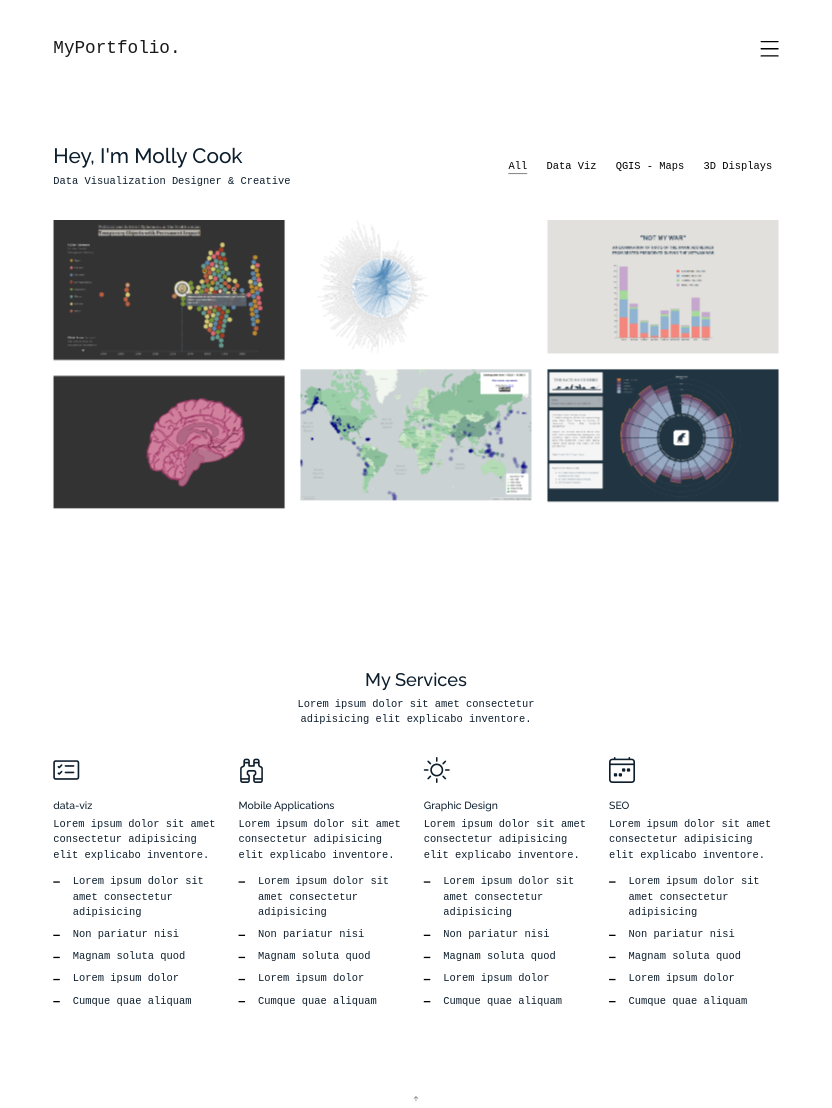
Repository: m0llyc00k/portfolio-2
Page: index.html
The author's editor kept a record of every edit. The page is drawn from the files as they stood at one moment, then again after the next edit.
The browser window is 1280 px wide. The pictures show the whole page, at 65% of full size.
Some web fonts or font styles are not loaded; a fallback is used.

Above is the page before.

### index.html
<!DOCTYPE html>
<html lang="en">

<head>
  <meta charset="utf-8">
  <meta content="width=device-width, initial-scale=1.0" name="viewport">

  <title>Molly Cook's Portfolio</title>
  <meta content="" name="description">
  <meta content="" name="keywords">

  <!-- Favicons -->
  <link href="assets/img/favicon.png" rel="icon">
  <link href="assets/img/apple-touch-icon.png" rel="apple-touch-icon">

  <!-- Google Fonts -->
  <link href="https://fonts.googleapis.com/css?family=https://fonts.googleapis.com/css?family=Inconsolata:400,500,600,700|Raleway:400,400i,500,500i,600,600i,700,700i" rel="stylesheet">

  <!-- Vendor CSS Files -->
  <link href="assets/vendor/aos/aos.css" rel="stylesheet">
  <link href="assets/vendor/bootstrap/css/bootstrap.min.css" rel="stylesheet">
  <link href="assets/vendor/bootstrap-icons/bootstrap-icons.css" rel="stylesheet">
  <link href="assets/vendor/swiper/swiper-bundle.min.css" rel="stylesheet">

  <!-- Template Main CSS File -->
  <link href="assets/css/style.css" rel="stylesheet">

  <!-- =======================================================
  * Template Name: MyPortfolio - v4.7.0
  * Template URL: https://bootstrapmade.com/myportfolio-bootstrap-portfolio-website-template/
  * Author: BootstrapMade.com
  * License: https://bootstrapmade.com/license/
  ======================================================== -->
</head>

<body>

  <!-- ======= Navbar ======= -->
  <div class="collapse navbar-collapse custom-navmenu" id="main-navbar">
    <div class="container py-2 py-md-5">
      <div class="row align-items-start">
        <div class="col-md-2">
          <ul class="custom-menu">
            <li class="active"><a href="index.html">Home</a></li>
            <li><a href="about.html">About Me</a></li>
            <li><a href="services.html">Services</a></li>
            <li><a href="works.html">Works</a></li>
            <li><a href="contact.html">Contact</a></li>
          </ul>
        </div>
        <div class="col-md-6 d-none d-md-block  mr-auto">
          <div class="tweet d-flex">
            <span class="bi bi-twitter text-white mt-2 mr-3"></span>
            <div>
              <p><em>Lorem ipsum dolor sit amet consectetur adipisicing elit. Quisquam necessitatibus incidunt ut officiis explicabo inventore. <br> <a href="#">t.co/v82jsk</a></em></p>
            </div>
          </div>
        </div>
        <div class="col-md-4 d-none d-md-block">
          <h3>Hire Me</h3>
          <p>Lorem ipsum dolor sit amet consectetur adipisicing elit. Quisquam necessitatibus incidunt ut officiisexplicabo inventore. <br> <a href="#">myemail@gmail.com</a></p>
        </div>
      </div>

    </div>
  </div>

  <nav class="navbar navbar-light custom-navbar">
    <div class="container">
      <a class="navbar-brand" href="index.html">MyPortfolio.</a>
      <a href="#" class="burger" data-bs-toggle="collapse" data-bs-target="#main-navbar">
        <span></span>
      </a>
    </div>
  </nav>

  <main id="main">

    <!-- ======= Works Section ======= -->
    <section class="section site-portfolio">
      <div class="container">
        <div class="row mb-5 align-items-center">
          <div class="col-md-12 col-lg-6 mb-4 mb-lg-0" data-aos="fade-up">
            <h2>Hey, I'm Molly Cook</h2>
            <p class="mb-0">Data Visualization Designer &amp; Creative</p>
          </div>
          <div class="col-md-12 col-lg-6 text-start text-lg-end" data-aos="fade-up" data-aos-delay="100">
            <div id="filters" class="filters">
              <a href="#" data-filter="*" class="active">All</a>
              <a href="#" data-filter=".data-viz">Data Viz</a>
              <a href="#" data-filter=".design">QGIS - Maps</a>
              <!--<a href="#" data-filter=".branding">Branding</a>-->
              <a href="#" data-filter=".photography">3D Displays</a>
            </div>
          </div>
        </div>

        <div id="portfolio-grid" class="row no-gutter" data-aos="fade-up" data-aos-delay="200">
          <div class="item data-viz col-sm-6 col-md-4 col-lg-4 mb-4">
            <a href="work-single-bubble.html" class="item-wrap fancybox">
              <div class="work-info">
                <h3>Temporary Objects with Permanent Impact: Ephemera at the Smithsonian</h3>
                <span>Data Viz</span>
              </div>
              <img class="img-fluid" src="assets/img/Cook_hero_image.png">
            </a>
          </div>
          <div class="item data-viz col-sm-6 col-md-4 col-lg-4 mb-4">
            <a href="work-single-chord.html" class="item-wrap fancybox">
              <div class="work-info">
                <h3>Titles and Topics: Ephemera at the Smithsonian</h3>
                <span>Data Viz</span>
              </div>
              <img class="img-fluid" src="assets/img/chord-overview.png">
            </a>
          </div>
          <div class="item data-viz col-sm-6 col-md-4 col-lg-4 mb-4">
            <a href="work-single-war.html" class="item-wrap fancybox">
              <div class="work-info">
                <h3>"Not My War"</h3>
                <span>Data Viz</span>
              </div>
              <img class="img-fluid" src="assets/img/war-overview.png">
            </a>
          </div>
          <div class="item data-viz col-sm-6 col-md-4 col-lg-4 mb-4">
            <a href="work-single-rats.html" class="item-wrap fancybox">
              <div class="work-info">
                <h3>The Rats Have Risen</h3>
                <span>Data Viz</span>
              </div>
              <img class="img-fluid" src="assets/img/rats-overview.png">
            </a>
          </div>
          <div class="item data-viz col-sm-6 col-md-4 col-lg-4 mb-4">
            <a href="work-single-quake.html" class="item-wrap fancybox">
              <div class="work-info">
                <h3>Earthquakes, November 2021</h3>
                <span>Data Viz</span>
              </div>
              <img class="img-fluid" src="assets/img/earthquake-overview.png">
            </a>
          </div>


          <div class="item data-viz col-sm-6 col-md-4 col-lg-4 mb-4">
            <a href="work-single-thesis.html" class="item-wrap fancybox">
              <div class="work-info">
                <h3>Thesis - Pain & The Morphine Molecule</h3>
                <span>Under Construction</span>
              </div>
              <img class="img-fluid" src="assets/img/brain.png">
            </a>
          </div>
        </div>
      </div>
    </section><!-- End  Works Section -->


    <!-- ======= Services Section ======= -->
    <section class="section services">
      <div class="container">
        <div class="row justify-content-center text-center mb-4">
          <div class="col-5">
            <h3 class="h3 heading">My Services</h3>
            <p>Lorem ipsum dolor sit amet consectetur adipisicing elit explicabo inventore.</p>
          </div>
        </div>
        <div class="row">

          <div class="col-12 col-sm-6 col-md-6 col-lg-3">
            <i class="bi bi-card-checklist"></i>
            <h4 class="h4 mb-2">data-viz</h4>
            <p>Lorem ipsum dolor sit amet consectetur adipisicing elit explicabo inventore.</p>
            <ul class="list-unstyled list-line">
              <li>Lorem ipsum dolor sit amet consectetur adipisicing</li>
              <li>Non pariatur nisi</li>
              <li>Magnam soluta quod</li>
              <li>Lorem ipsum dolor</li>
              <li>Cumque quae aliquam</li>
            </ul>
          </div>
          <div class="col-12 col-sm-6 col-md-6 col-lg-3">
            <i class="bi bi-binoculars"></i>
            <h4 class="h4 mb-2">Mobile Applications</h4>
            <p>Lorem ipsum dolor sit amet consectetur adipisicing elit explicabo inventore.</p>
            <ul class="list-unstyled list-line">
              <li>Lorem ipsum dolor sit amet consectetur adipisicing</li>
              <li>Non pariatur nisi</li>
              <li>Magnam soluta quod</li>
              <li>Lorem ipsum dolor</li>
              <li>Cumque quae aliquam</li>
            </ul>
          </div>
          <div class="col-12 col-sm-6 col-md-6 col-lg-3">
            <i class="bi bi-brightness-high"></i>
            <h4 class="h4 mb-2">Graphic Design</h4>
            <p>Lorem ipsum dolor sit amet consectetur adipisicing elit explicabo inventore.</p>
            <ul class="list-unstyled list-line">
              <li>Lorem ipsum dolor sit amet consectetur adipisicing</li>
              <li>Non pariatur nisi</li>
              <li>Magnam soluta quod</li>
              <li>Lorem ipsum dolor</li>
              <li>Cumque quae aliquam</li>
            </ul>
          </div>
          <div class="col-12 col-sm-6 col-md-6 col-lg-3">
            <i class="bi bi-calendar4-week"></i>
            <h4 class="h4 mb-2">SEO</h4>
            <p>Lorem ipsum dolor sit amet consectetur adipisicing elit explicabo inventore.</p>
            <ul class="list-unstyled list-line">
              <li>Lorem ipsum dolor sit amet consectetur adipisicing</li>
              <li>Non pariatur nisi</li>
              <li>Magnam soluta quod</li>
              <li>Lorem ipsum dolor</li>
              <li>Cumque quae aliquam</li>
            </ul>
          </div>
        </div>
      </div>
    </section><!-- End Services Section -->



  <a href="#" class="back-to-top d-flex align-items-center justify-content-center"><i class="bi bi-arrow-up-short"></i></a>

  <!-- Vendor JS Files -->
  <script src="assets/vendor/aos/aos.js"></script>
  <script src="assets/vendor/bootstrap/js/bootstrap.bundle.min.js"></script>
  <script src="assets/vendor/isotope-layout/isotope.pkgd.min.js"></script>
  <script src="assets/vendor/swiper/swiper-bundle.min.js"></script>
  <script src="assets/vendor/php-email-form/validate.js"></script>

  <!-- Template Main JS File -->
  <script src="assets/js/main.js"></script>

</body>

</html>

### assets/css/style.css
/**
* Template Name: MyPortfolio - v4.7.0
* Template URL: https://bootstrapmade.com/myportfolio-bootstrap-portfolio-website-template/
* Author: BootstrapMade.com
* License: https://bootstrapmade.com/license/
*/

/*--------------------------------------------------------------
# General
--------------------------------------------------------------*/
body {
  font-family: "Inconsolata", monospace;
  color: #0d1e2d;
}

a {
  color: #777;
  text-decoration: none;
}

a:hover {
  color: #000;
}

h1, h2, h3, h4, h5, h6, .font-heading {
  font-family: "Raleway", sans-serif;
}

.section {
  padding: 7rem 0;
}

.filters a {
  text-decoration: none;
  color: #000;
  display: inline-block;
  padding-left: 10px;
  padding-right: 10px;
  position: relative;
}
.filters a:hover, .filters a:focus, .filters a:active {
  text-decoration: none;
}
.filters a:hover:before {
  content: "";
  position: absolute;
  left: 10px;
  right: 10px;
  bottom: 0;
  height: 1px;
  background-color: #000;
}
.filters a.active {
  color: #000;
}
.filters a.active:before {
  content: "";
  position: absolute;
  left: 10px;
  right: 10px;
  bottom: 0;
  height: 1px;
  background-color: #000;
}

.item {
  border: none;
  margin-bottom: 30px;
}
.item .item-wrap {
  display: block;
  position: relative;
  overflow: hidden;
}
.item .item-wrap:after {
  z-index: 2;
  position: absolute;
  content: "";
  top: 0;
  left: 0;
  right: 0;
  bottom: 0;
  background: rgba(0, 0, 0, 0.4);
  visibility: hidden;
  opacity: 0;
  transition: 0.3s all ease-in-out;
}
.item .item-wrap img {
  transition: 0.3s transform ease;
  transform: scale(1);
}
.item .item-wrap > .work-info {
  position: absolute;
  top: 50%;
  width: 100%;
  text-align: center;
  z-index: 3;
  transform: translateY(-50%);
  color: #fff;
  opacity: 0;
  visibility: hidden;
  margin-top: 20px;
  transition: 0.3s all ease;
}
.item .item-wrap > .work-info h3 {
  font-size: 20px;
  margin-bottom: 0;
}
.item .item-wrap > .work-info span {
  font-size: 14px;
  text-transform: uppercase;
  letter-spacing: 0.2rem;
}
.item .item-wrap:hover {
  text-decoration: none;
}
.item .item-wrap:hover img {
  transform: scale(1.05);
}
.item .item-wrap:hover:after {
  opacity: 1;
  visibility: visible;
}
.item .item-wrap:hover .work-info {
  margin-top: 0px;
  opacity: 1;
  visibility: visible;
}

.testimonial-wrap {
  padding: 50px 50px 80px 50px;
  background: #eceff2;
}
.testimonial-wrap .testimonial {
  text-align: center;
  max-width: 500px;
  margin: 0 auto;
}
.testimonial-wrap .testimonial img {
  border-radius: 50%;
  width: 120px;
  margin: 0 auto 30px auto;
}
.testimonial-wrap .testimonial blockquote p {
  font-size: 20px;
}

.h3 {
  font-size: 20px;
}

.h4 {
  font-size: 16px;
}

.heading {
  font-size: 28px;
}

.readmore {
  display: inline-block;
  border: 1px solid #000;
  padding: 10px 15px;
  font-size: 12px;
  text-transform: uppercase;
  color: #000;
  transition: 0.2s all ease;
  font-weight: 700;
}
.readmore:active, .readmore:focus, .readmore:hover {
  outline: none;
}
.readmore:hover {
  color: #fff;
  text-decoration: none;
  background: #000;
}

.testimonials-slider .swiper-pagination {
  margin-top: -60px;
  position: relative;
}
.testimonials-slider .swiper-pagination .swiper-pagination-bullet {
  width: 12px;
  height: 12px;
  background-color: rgba(13, 30, 45, 0.3);
  opacity: 1;
}
.testimonials-slider .swiper-pagination .swiper-pagination-bullet-active {
  background-color: rgba(13, 30, 45, 0.6);
}

.sticky-content {
  position: sticky;
  position: -webkit-sticky;
  top: 0;
  /* required */
}

.list-line li {
  margin-bottom: 10px;
  position: relative;
  padding-left: 30px;
}
.list-line li:before {
  content: "";
  position: absolute;
  left: 0;
  top: 0.7rem;
  width: 10px;
  height: 2px;
  background: #000;
}

.form-control {
  border-radius: 0;
  background: #f8f9fa;
  border: 1px solid transparent;
  padding-top: 10px !important;
  padding-bottom: 10px !important;
}
.form-control:active, .form-control:focus {
  background: #eff1f4;
  outline: none;
  box-shadow: none;
  border: 1px solid transparent;
}

.custom-progress {
  height: 7px;
  border-radius: 0;
}
.custom-progress .progress-bar {
  background: #000;
}

/* Services */
.services i {
  font-size: 40px;
}
.services h4 {
  padding-top: 10px;
}

/* Contact Form */
.php-email-form .error-message {
  display: none;
  color: #fff;
  background: #ed3c0d;
  text-align: left;
  padding: 15px;
  font-weight: 600;
}
.php-email-form .error-message br + br {
  margin-top: 25px;
}
.php-email-form .sent-message {
  display: none;
  color: #fff;
  background: #18d26e;
  text-align: center;
  padding: 15px;
  font-weight: 600;
}
.php-email-form .loading {
  display: none;
  background: #fff;
  text-align: center;
  padding: 15px;
}
.php-email-form .loading:before {
  content: "";
  display: inline-block;
  border-radius: 50%;
  width: 24px;
  height: 24px;
  margin: 0 10px -6px 0;
  border: 3px solid #18d26e;
  border-top-color: #eee;
  -webkit-animation: animate-loading 1s linear infinite;
  animation: animate-loading 1s linear infinite;
}

@-webkit-keyframes animate-loading {
  0% {
    transform: rotate(0deg);
  }
  100% {
    transform: rotate(360deg);
  }
}

@keyframes animate-loading {
  0% {
    transform: rotate(0deg);
  }
  100% {
    transform: rotate(360deg);
  }
}
/*--------------------------------------------------------------
# Header
--------------------------------------------------------------*/
/* Custom Navmenu */
.custom-navmenu {
  background: #0d1e2d;
}
.custom-navmenu .custom-menu, .custom-navmenu .custom-menu li {
  padding: 0;
  margin: 0;
  list-style: none;
}
.custom-navmenu .custom-menu li {
  margin-bottom: 0;
  font-size: 20px;
}
.custom-navmenu .custom-menu li a {
  color: #fff;
  padding: 10px 0 !important;
}
.custom-navmenu .custom-menu li a:hover {
  text-decoration: none;
}
.custom-navmenu .custom-menu li.active a {
  text-decoration: underline;
}
.custom-navmenu h3 {
  font-size: 20px;
  color: #fff;
}
.custom-navmenu p {
  color: rgba(255, 255, 255, 0.6);
}
.custom-navmenu a {
  color: rgba(255, 255, 255, 0.7);
}
.custom-navmenu a:hover {
  color: #fff;
}

/* Custom Navbar */
.custom-navbar {
  padding-top: 50px;
  width: 100%;
}
@media (max-width: 780px) {
  .custom-navbar > .container {
    padding-right: 0;
    padding-left: 0;
  }
}
.custom-navbar .navbar-brand {
  font-size: 1.7rem;
}

/* Burger */
.burger {
  width: 28px;
  height: 32px;
  cursor: pointer;
  position: relative;
}

.burger:before, .burger span, .burger:after {
  width: 100%;
  height: 2px;
  display: block;
  background: #000;
  border-radius: 2px;
  position: absolute;
  opacity: 1;
}

.burger:before, .burger:after {
  transition: top 0.35s cubic-bezier(0.23, 1, 0.32, 1), transform 0.35s cubic-bezier(0.23, 1, 0.32, 1), opacity 0.35s cubic-bezier(0.23, 1, 0.32, 1), background-color 1.15s cubic-bezier(0.86, 0, 0.07, 1);
  -webkit-transition: top 0.35s cubic-bezier(0.23, 1, 0.32, 1), -webkit-transform 0.35s cubic-bezier(0.23, 1, 0.32, 1), opacity 0.35s cubic-bezier(0.23, 1, 0.32, 1), background-color 1.15s cubic-bezier(0.86, 0, 0.07, 1);
  content: "";
}

.burger:before {
  top: 4px;
}

.burger span {
  top: 15px;
}

.burger:after {
  top: 26px;
}

/* Hover */
.burger:hover:before {
  top: 7px;
}

.burger:hover:after {
  top: 23px;
}

/* Click */
.burger.active span {
  opacity: 0;
}

.burger.active:before, .burger.active:after {
  top: 40%;
}

.burger.active:before {
  transform: rotate(45deg);
}

.burger.active:after {
  transform: rotate(-45deg);
}

.burger:focus {
  outline: none;
}

/*--------------------------------------------------------------
# Footer
--------------------------------------------------------------*/
.footer {
  padding: 0 0 4rem 0;
}
.footer a {
  color: #000;
}

.social a {
  display: inline-block;
  width: 50px;
  height: 50px;
  border-radius: 50%;
  background: #f8f9fa;
  position: relative;
  text-align: center;
  color: #0d1e2d;
}
.social a span {
  display: inline-block;
  left: 50%;
  position: absolute;
  top: 50%;
  transform: translate(-50%, -50%);
}
.social a:hover {
  color: #000;
}

### assets/js/main.js
/**
* Template Name: MyPortfolio - v4.7.0
* Template URL: https://bootstrapmade.com/myportfolio-bootstrap-portfolio-website-template/
* Author: BootstrapMade.com
* License: https://bootstrapmade.com/license/
*/
(function() {
  "use strict";

  /**
   * Easy selector helper function
   */
  const select = (el, all = false) => {
    el = el.trim()
    if (all) {
      return [...document.querySelectorAll(el)]
    } else {
      return document.querySelector(el)
    }
  }

  /**
   * Easy event listener function
   */
  const on = (type, el, listener, all = false) => {
    let selectEl = select(el, all)
    if (selectEl) {
      if (all) {
        selectEl.forEach(e => e.addEventListener(type, listener))
      } else {
        selectEl.addEventListener(type, listener)
      }
    }
  }

  /**
   * Easy on scroll event listener
   */
  const onscroll = (el, listener) => {
    el.addEventListener('scroll', listener)
  }

  /**
   * burgerMenu
   */
  const burgerMenu = select('.burger')
  on('click', '.burger', function(e) {
    burgerMenu.classList.toggle('active');
  })

  /**
   * Porfolio isotope and filter
   */
  window.addEventListener('load', () => {
    let portfolioContainer = select('#portfolio-grid');
    if (portfolioContainer) {
      let portfolioIsotope = new Isotope(portfolioContainer, {
        itemSelector: '.item',
      });

      let portfolioFilters = select('#filters a', true);

      on('click', '#filters a', function(e) {
        e.preventDefault();
        portfolioFilters.forEach(function(el) {
          el.classList.remove('active');
        });
        this.classList.add('active');

        portfolioIsotope.arrange({
          filter: this.getAttribute('data-filter')
        });
        portfolioIsotope.on('arrangeComplete', function() {
          AOS.refresh()
        });
      }, true);
    }

  });

  /**
   * Testimonials slider
   */
  new Swiper('.testimonials-slider', {
    speed: 600,
    loop: true,
    autoplay: {
      delay: 5000,
      disableOnInteraction: false
    },
    slidesPerView: 'auto',
    pagination: {
      el: '.swiper-pagination',
      type: 'bullets',
      clickable: true
    }
  });

  /**
   * Animation on scroll
   */
  window.addEventListener('load', () => {
    AOS.init({
      duration: 1000,
      easing: 'ease-in-out',
      once: true,
      mirror: false
    })
  });

})()

Loaded but not shown: assets/vendor/aos/aos.css (library); assets/vendor/bootstrap/css/bootstrap.min.css (library); assets/vendor/bootstrap-icons/bootstrap-icons.css (library); assets/vendor/swiper/swiper-bundle.min.css (library); assets/vendor/aos/aos.js (library); assets/vendor/bootstrap/js/bootstrap.bundle.min.js (library); assets/vendor/isotope-layout/isotope.pkgd.min.js (library); assets/vendor/swiper/swiper-bundle.min.js (library); assets/vendor/php-email-form/validate.js (common file)

After the next edit:
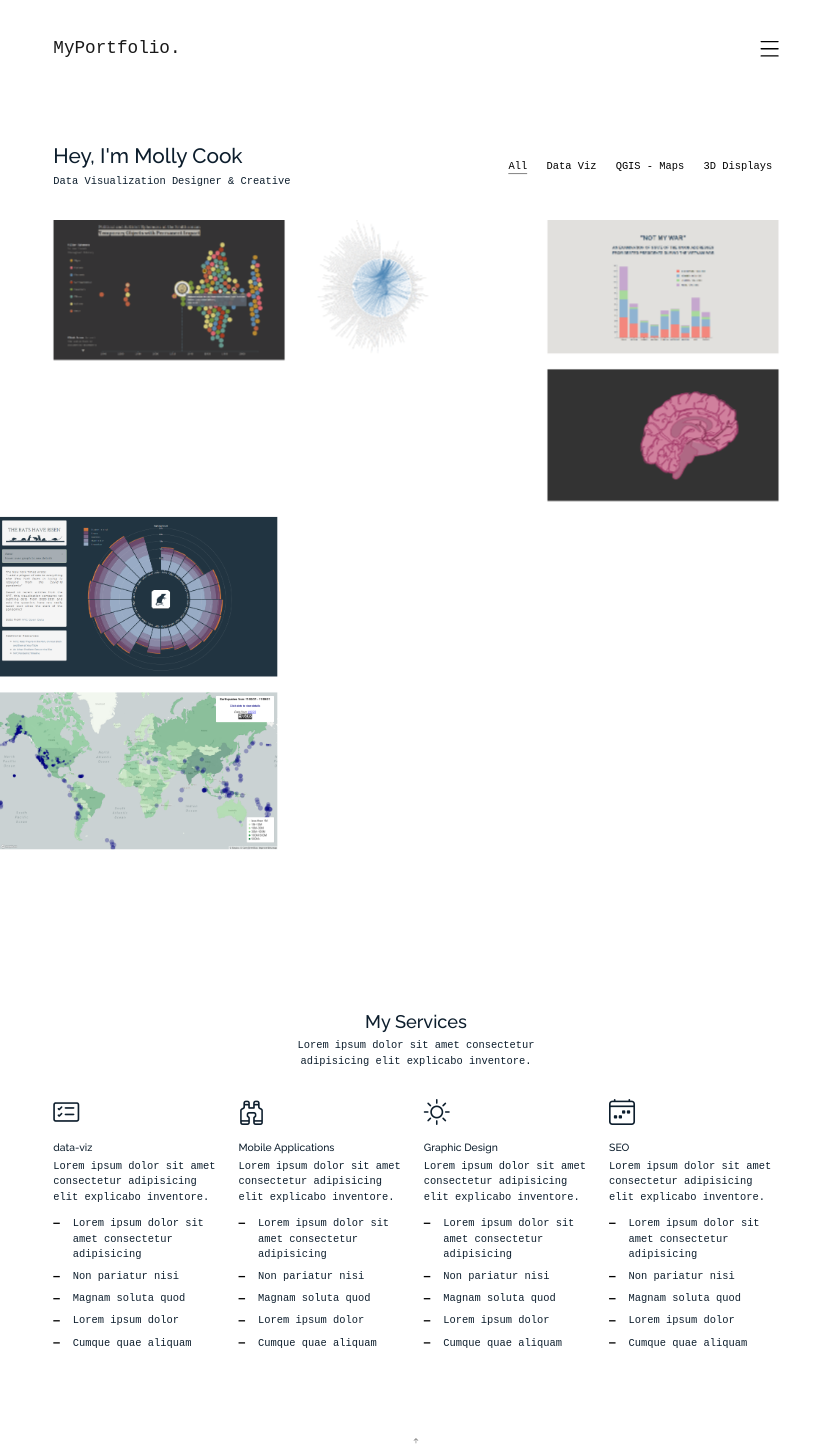
The edit:
--- a/index.html
+++ b/index.html
@@ -123,24 +123,6 @@
               <img class="img-fluid" src="assets/img/war-overview.png">
             </a>
           </div>
-          <div class="item data-viz col-sm-6 col-md-4 col-lg-4 mb-4">
-            <a href="work-single-rats.html" class="item-wrap fancybox">
-              <div class="work-info">
-                <h3>The Rats Have Risen</h3>
-                <span>Data Viz</span>
-              </div>
-              <img class="img-fluid" src="assets/img/rats-overview.png">
-            </a>
-          </div>
-          <div class="item data-viz col-sm-6 col-md-4 col-lg-4 mb-4">
-            <a href="work-single-quake.html" class="item-wrap fancybox">
-              <div class="work-info">
-                <h3>Earthquakes, November 2021</h3>
-                <span>Data Viz</span>
-              </div>
-              <img class="img-fluid" src="assets/img/earthquake-overview.png">
-            </a>
-          </div>
 
 
           <div class="item data-viz col-sm-6 col-md-4 col-lg-4 mb-4">
@@ -154,6 +136,24 @@
           </div>
         </div>
       </div>
+                <div class="item data-viz col-sm-6 col-md-4 col-lg-4 mb-4">
+            <a href="work-single-rats.html" class="item-wrap fancybox">
+              <div class="work-info">
+                <h3>The Rats Have Risen</h3>
+                <span>Data Viz</span>
+              </div>
+              <img class="img-fluid" src="assets/img/rats-overview.png">
+            </a>
+          </div>
+          <div class="item data-viz col-sm-6 col-md-4 col-lg-4 mb-4">
+            <a href="work-single-quake.html" class="item-wrap fancybox">
+              <div class="work-info">
+                <h3>Earthquakes, November 2021</h3>
+                <span>Data Viz</span>
+              </div>
+              <img class="img-fluid" src="assets/img/earthquake-overview.png">
+            </a>
+          </div>
     </section><!-- End  Works Section -->
 
 
